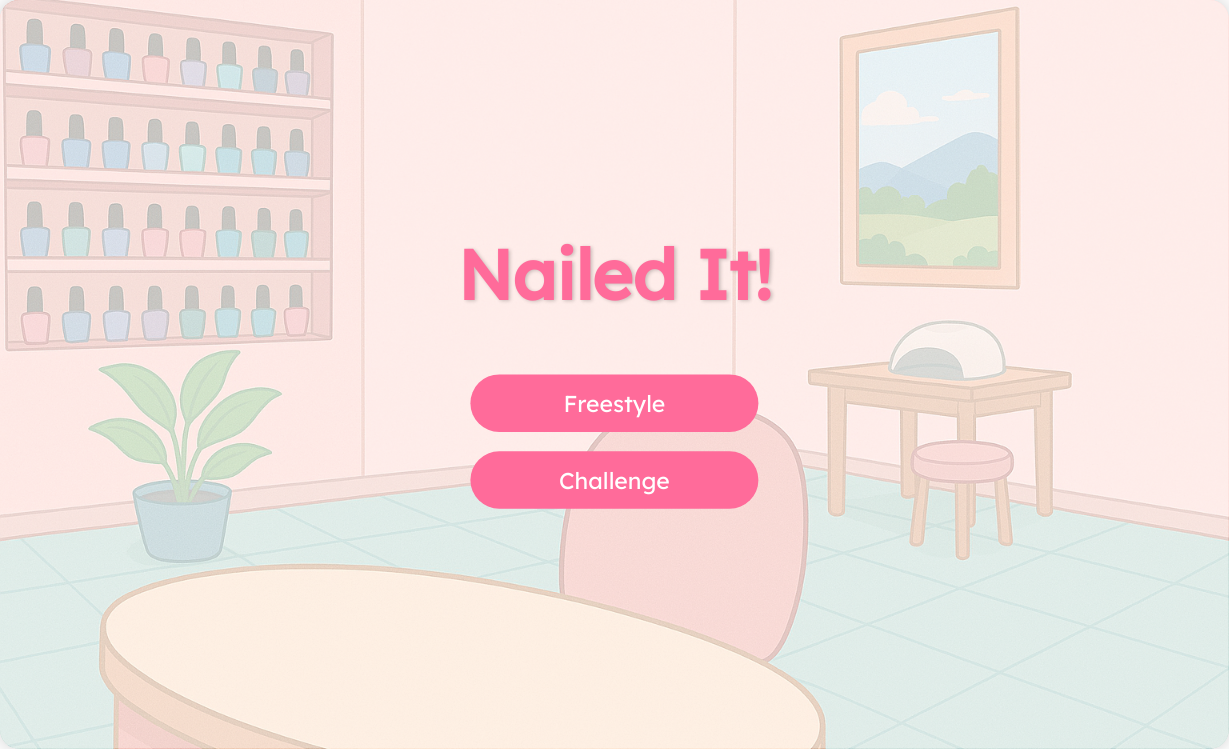
Repository: primcharlin/nailedit
Page: index.html
These files come from the project's save history. The page is drawn as it stood at one moment and after the next save; the edit follows.
The browser window is 1280 px wide. The pictures show the whole page, at 96% of full size.

Above is the page before, as saved 2025-04-24 21:29:21.

After the next save:
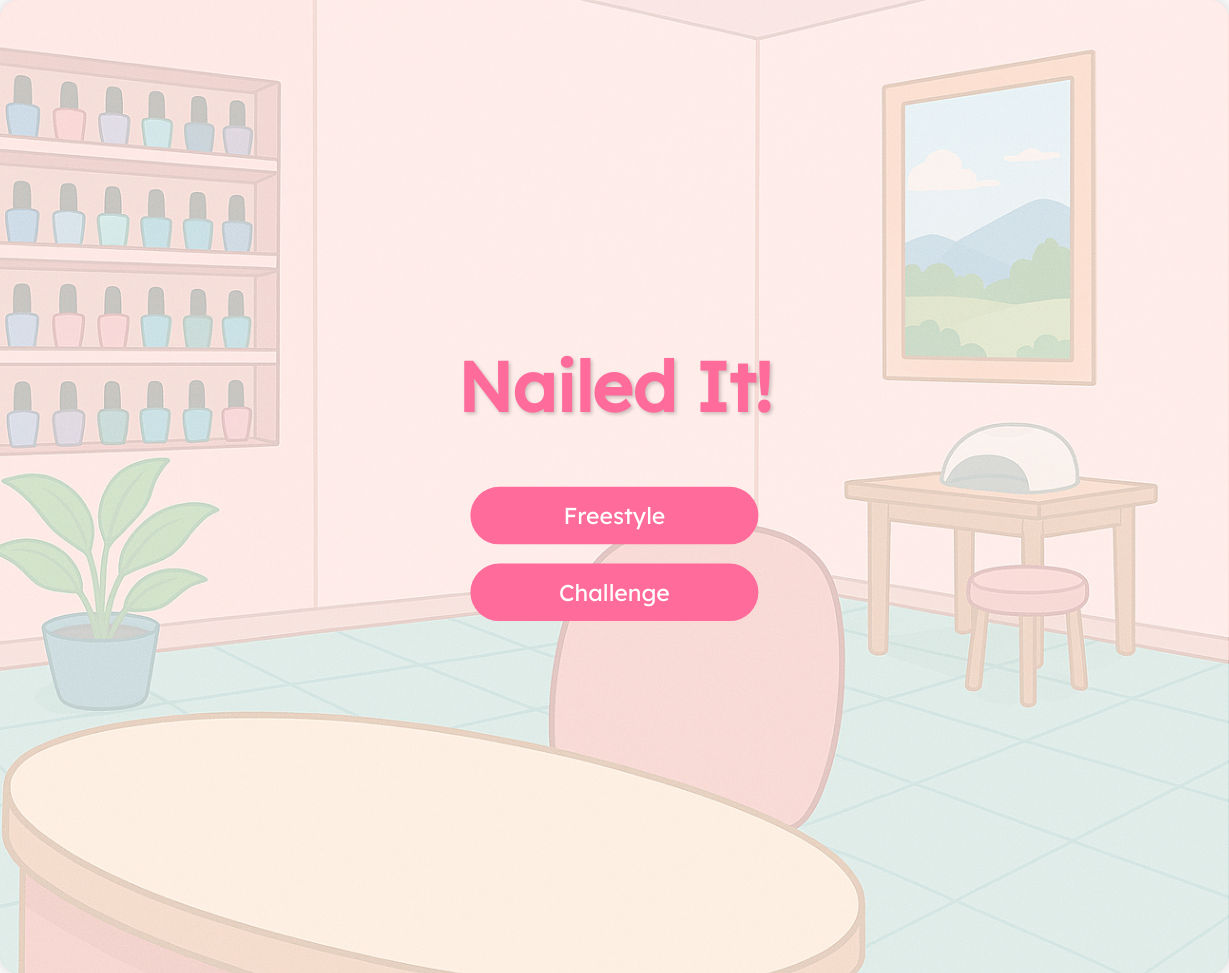
Saved 4 min 1 s later.
--- a/styles.css
+++ b/styles.css
@@ -19,8 +19,8 @@
 }
 
 #game-container {
-    width: 1300px;
-    height: 780px;
+    width: 1690px;
+    height: 1014px;
     position: relative;
     background-image: url("img/background.png");
     background-size: cover;
@@ -94,7 +94,7 @@
     width: 100%;
     height: 100%;
     position: relative;
-    padding: 20px;
+    padding: 26px;
 }
 
 /* Horizontal Tools Panel */
@@ -189,21 +189,21 @@
 /* Hand area */
 #hand {
     position: absolute;
-    bottom: 80px;
+    bottom: 104px;
     left: 50%;
     transform: translateX(-50%);
-    width: 720px;
-    height: 360px;
+    width: 936px;
+    height: 468px;
     background-color: #ffebe7;
-    border-radius: 240px 240px 0 0;
+    border-radius: 312px 312px 0 0;
 }
 
 .nail {
     position: absolute;
-    width: 72px;
-    height: 108px;
+    width: 93.6px;
+    height: 140.4px;
     background-color: #ffdee7;
-    border-radius: 36px 36px 0 0;
+    border-radius: 46.8px 46.8px 0 0;
     cursor: pointer;
     z-index: 5;
     transition: all 0.2s ease;
@@ -214,27 +214,27 @@
 }
 
 #nail-1 {
-    bottom: 60px;
-    left: 144px;
+    bottom: 78px;
+    left: 187.2px;
     transform: rotate(-15deg);
 }
 #nail-2 {
-    bottom: 84px;
-    left: 252px;
+    bottom: 109.2px;
+    left: 327.6px;
     transform: rotate(-7deg);
 }
 #nail-3 {
-    bottom: 96px;
-    left: 360px;
+    bottom: 124.8px;
+    left: 468px;
 }
 #nail-4 {
-    bottom: 84px;
-    left: 468px;
+    bottom: 109.2px;
+    left: 608.4px;
     transform: rotate(7deg);
 }
 #nail-5 {
-    bottom: 60px;
-    left: 576px;
+    bottom: 78px;
+    left: 748.8px;
     transform: rotate(15deg);
 }
 
@@ -425,22 +425,22 @@
 #challenge-ui {
     display: none;
     position: absolute;
-    top: 120px;
-    right: 24px;
-    width: 240px;
+    top: 156px;
+    right: 31.2px;
+    width: 312px;
     background-color: white;
-    border-radius: 24px;
-    padding: 24px;
+    border-radius: 31.2px;
+    padding: 31.2px;
     box-shadow: 0 0 15px rgba(0, 0, 0, 0.1);
 }
 
 #reference-image {
     width: 100%;
-    height: 180px;
+    height: 234px;
     background-color: #ffdee7;
-    margin-bottom: 24px;
+    margin-bottom: 31.2px;
     border: 1px solid #ddd;
-    border-radius: 12px;
+    border-radius: 15.6px;
     display: flex;
     justify-content: center;
     align-items: center;
@@ -456,20 +456,20 @@
 /* UI Controls */
 #controls {
     position: absolute;
-    bottom: 24px;
+    bottom: 31.2px;
     left: 50%;
     transform: translateX(-50%);
     display: flex;
-    gap: 24px;
+    gap: 31.2px;
 }
 
 .control-button {
     background-color: #ff6b9a;
     color: white;
     border: none;
-    padding: 12px 24px;
-    font-size: 21.6px;
-    border-radius: 24px;
+    padding: 15.6px 31.2px;
+    font-size: 28.08px;
+    border-radius: 31.2px;
     cursor: pointer;
     transition: all 0.3s ease;
 }

After the save that followed:
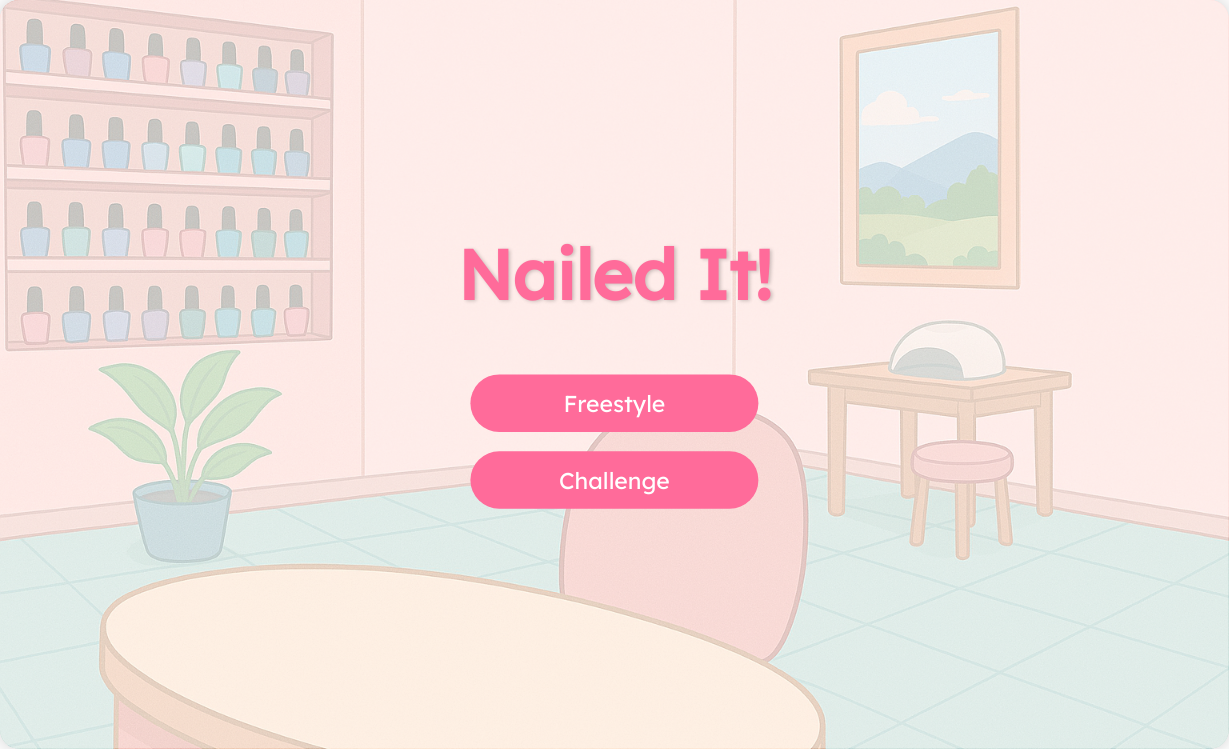
Saved 15 s later.
--- a/styles.css
+++ b/styles.css
@@ -19,8 +19,8 @@
 }
 
 #game-container {
-    width: 1690px;
-    height: 1014px;
+    width: 1300px;
+    height: 780px;
     position: relative;
     background-image: url("img/background.png");
     background-size: cover;
@@ -94,7 +94,7 @@
     width: 100%;
     height: 100%;
     position: relative;
-    padding: 26px;
+    padding: 20px;
 }
 
 /* Horizontal Tools Panel */
@@ -189,21 +189,21 @@
 /* Hand area */
 #hand {
     position: absolute;
-    bottom: 104px;
+    bottom: 80px;
     left: 50%;
     transform: translateX(-50%);
-    width: 936px;
-    height: 468px;
+    width: 720px;
+    height: 360px;
     background-color: #ffebe7;
-    border-radius: 312px 312px 0 0;
+    border-radius: 240px 240px 0 0;
 }
 
 .nail {
     position: absolute;
-    width: 93.6px;
-    height: 140.4px;
+    width: 72px;
+    height: 108px;
     background-color: #ffdee7;
-    border-radius: 46.8px 46.8px 0 0;
+    border-radius: 36px 36px 0 0;
     cursor: pointer;
     z-index: 5;
     transition: all 0.2s ease;
@@ -214,27 +214,27 @@
 }
 
 #nail-1 {
-    bottom: 78px;
-    left: 187.2px;
+    bottom: 60px;
+    left: 144px;
     transform: rotate(-15deg);
 }
 #nail-2 {
-    bottom: 109.2px;
-    left: 327.6px;
+    bottom: 84px;
+    left: 252px;
     transform: rotate(-7deg);
 }
 #nail-3 {
-    bottom: 124.8px;
+    bottom: 96px;
+    left: 360px;
+}
+#nail-4 {
+    bottom: 84px;
     left: 468px;
-}
-#nail-4 {
-    bottom: 109.2px;
-    left: 608.4px;
     transform: rotate(7deg);
 }
 #nail-5 {
-    bottom: 78px;
-    left: 748.8px;
+    bottom: 60px;
+    left: 576px;
     transform: rotate(15deg);
 }
 
@@ -425,22 +425,22 @@
 #challenge-ui {
     display: none;
     position: absolute;
-    top: 156px;
-    right: 31.2px;
-    width: 312px;
+    top: 120px;
+    right: 24px;
+    width: 240px;
     background-color: white;
-    border-radius: 31.2px;
-    padding: 31.2px;
+    border-radius: 24px;
+    padding: 24px;
     box-shadow: 0 0 15px rgba(0, 0, 0, 0.1);
 }
 
 #reference-image {
     width: 100%;
-    height: 234px;
+    height: 180px;
     background-color: #ffdee7;
-    margin-bottom: 31.2px;
+    margin-bottom: 24px;
     border: 1px solid #ddd;
-    border-radius: 15.6px;
+    border-radius: 12px;
     display: flex;
     justify-content: center;
     align-items: center;
@@ -456,20 +456,20 @@
 /* UI Controls */
 #controls {
     position: absolute;
-    bottom: 31.2px;
+    bottom: 24px;
     left: 50%;
     transform: translateX(-50%);
     display: flex;
-    gap: 31.2px;
+    gap: 24px;
 }
 
 .control-button {
     background-color: #ff6b9a;
     color: white;
     border: none;
-    padding: 15.6px 31.2px;
-    font-size: 28.08px;
-    border-radius: 31.2px;
+    padding: 12px 24px;
+    font-size: 21.6px;
+    border-radius: 24px;
     cursor: pointer;
     transition: all 0.3s ease;
 }
